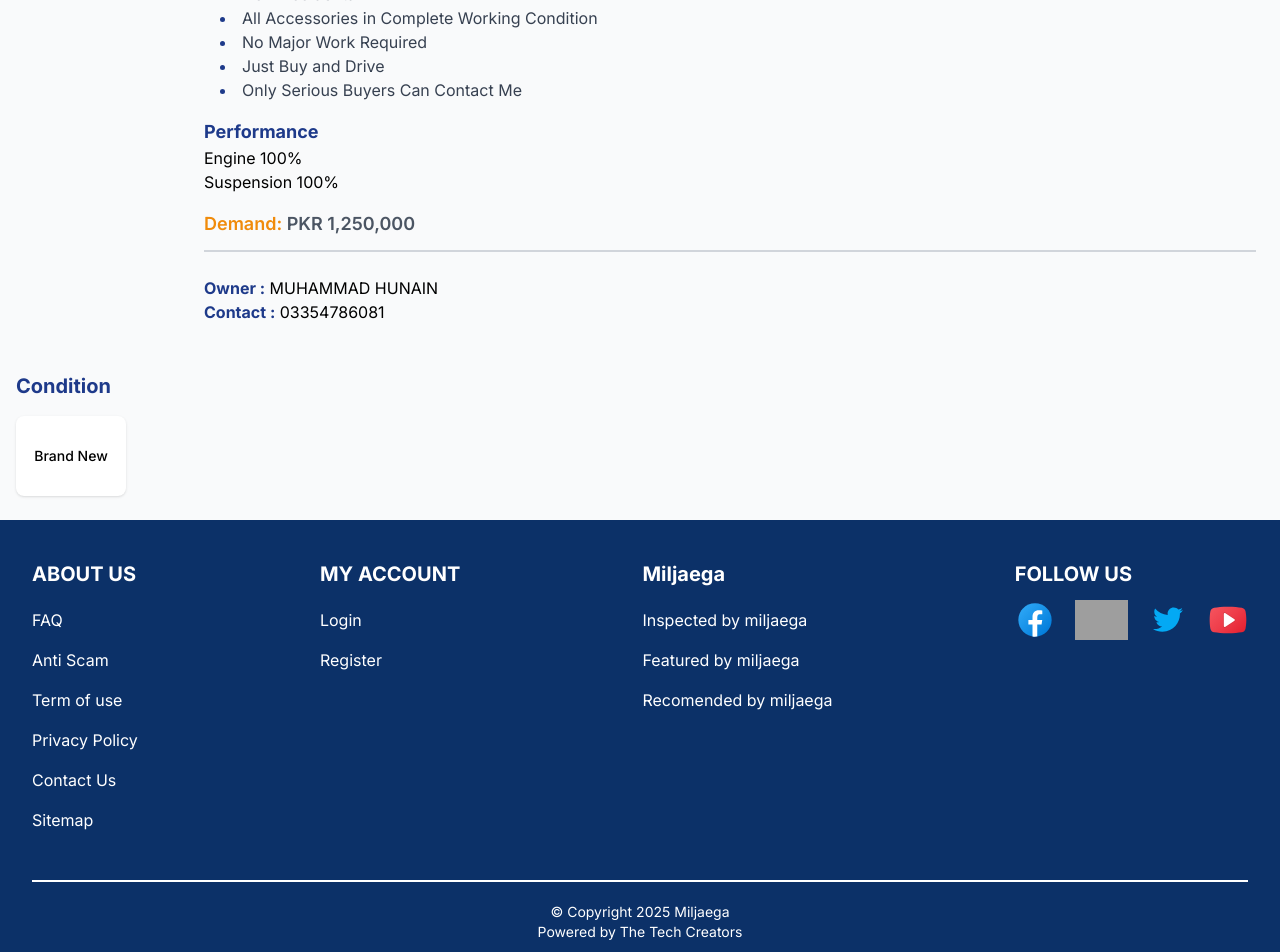
Repository: ARFA-SAEED/miljayega
Page: src/motorsPage/bikes_1.html
An editor plug-in stored every save of this project. The page is shown before and after a run of saves, followed by the edit.
The browser window is 1280 px wide. The pictures show the part of the page from y = 1181 to 2133 px (the page is 2163 px tall before and 2179 px after).
Pictures or frames that could not be fetched are drawn as grey boxes. Some web fonts or font styles are not loaded; a fallback is used. Some web libraries are served in a nearby version.

Above is the page before, as saved 2025-08-25 13:36:21.

After the next 2 saves:
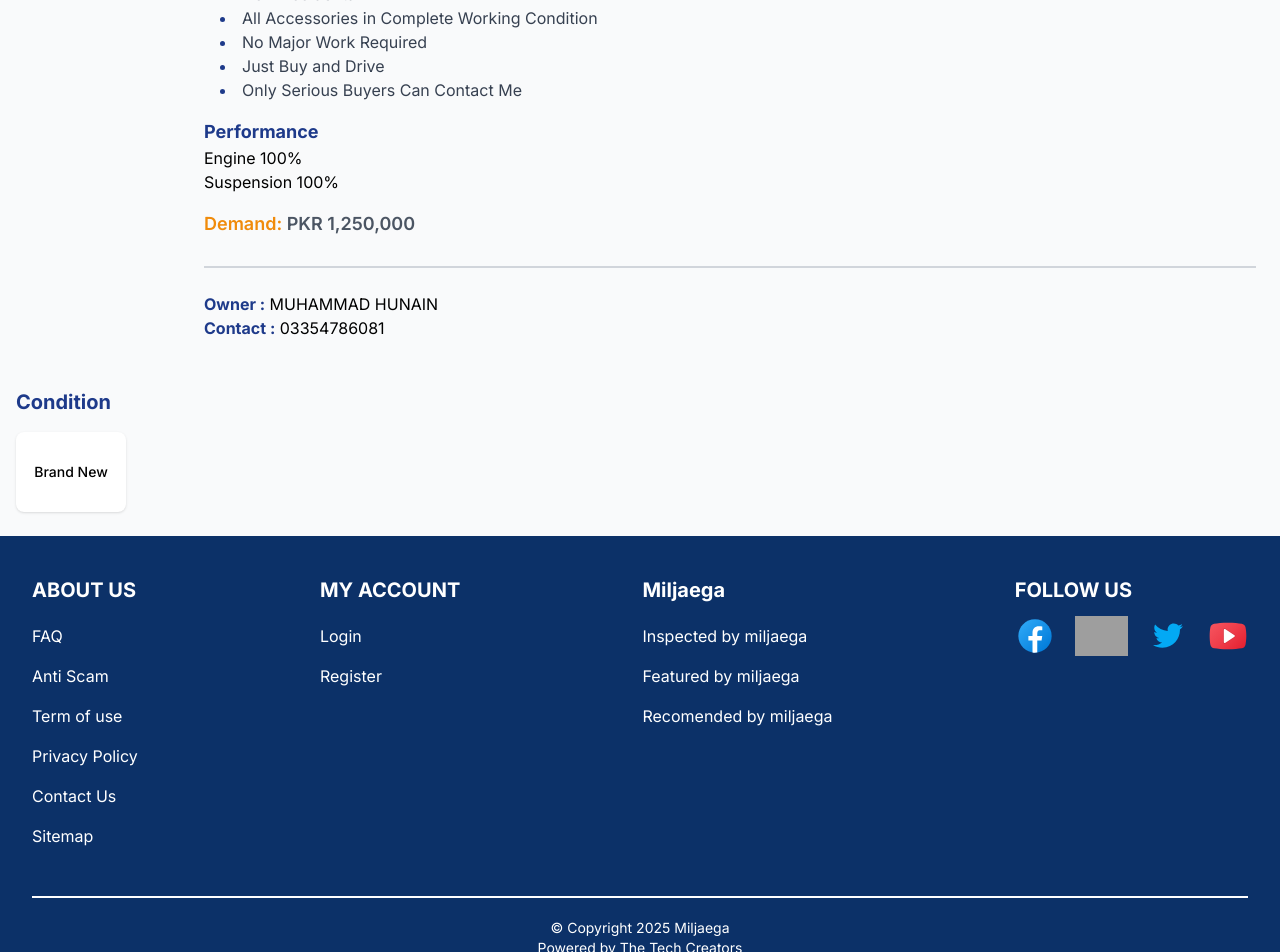
The 2 saves are shown as one change because they came seconds apart.
The last was saved 9 s later.
--- a/src/motorsPage/bikes_1.html
+++ b/src/motorsPage/bikes_1.html
@@ -177,7 +177,7 @@
             <p>Engine 100% <br> Suspension 100%</p>
         </div>
 
-        <p class="text-lg font-semibold text-[#F08B0B] pb-3 border-b border-gray-300 border-b-2 ">Demand: <span
+        <p class="text-lg font-semibold text-[#F08B0B] pb-7 border-b border-gray-300 border-b-2 ">Demand: <span
                 class="text-gray-600">PKR 1,250,000</span></p>
 
         <div class=" pt-2">
